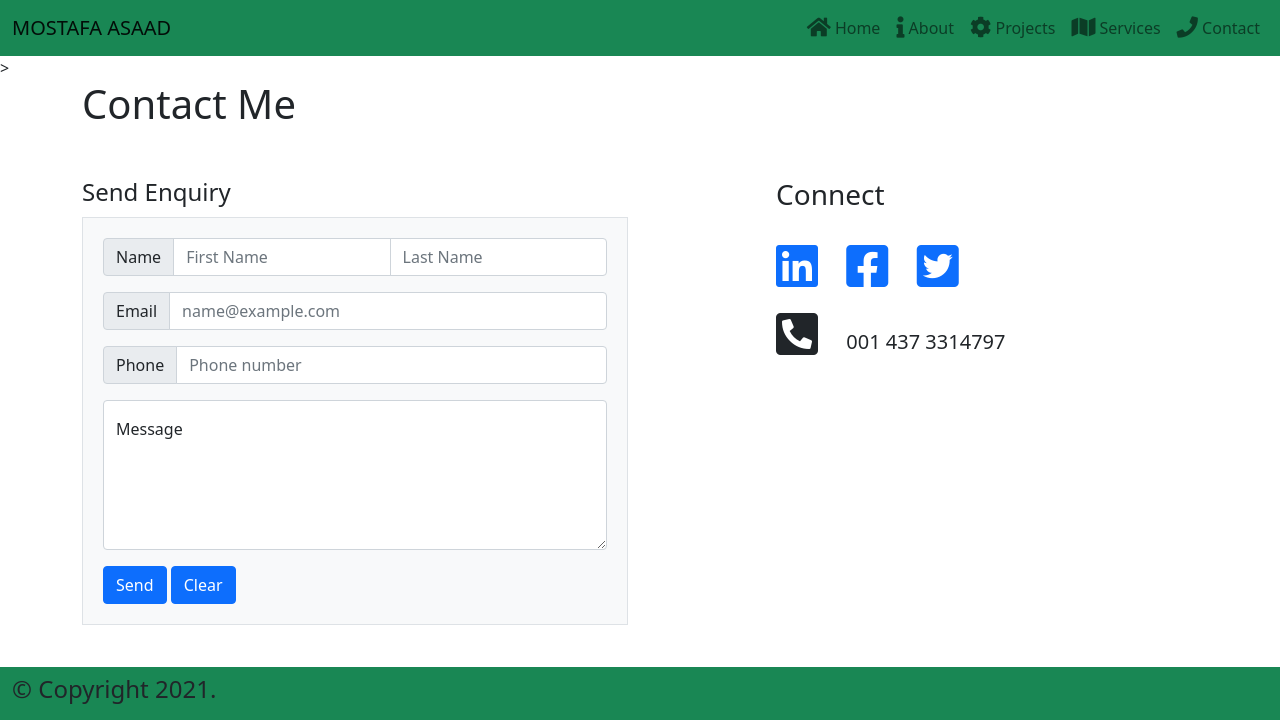
Repository: Mostafa-Asaad/Portfolio
Page: http://localhost/contact
These files come from the project's save history. The page is drawn as it stood at one moment and after the next save; the edit follows.
The browser window is 1280 px wide. The pictures show the whole page.
The page is served by the project's Node server (index.js).

Above is the page before, as saved 2021-06-04 17:13:20.

After the next save:
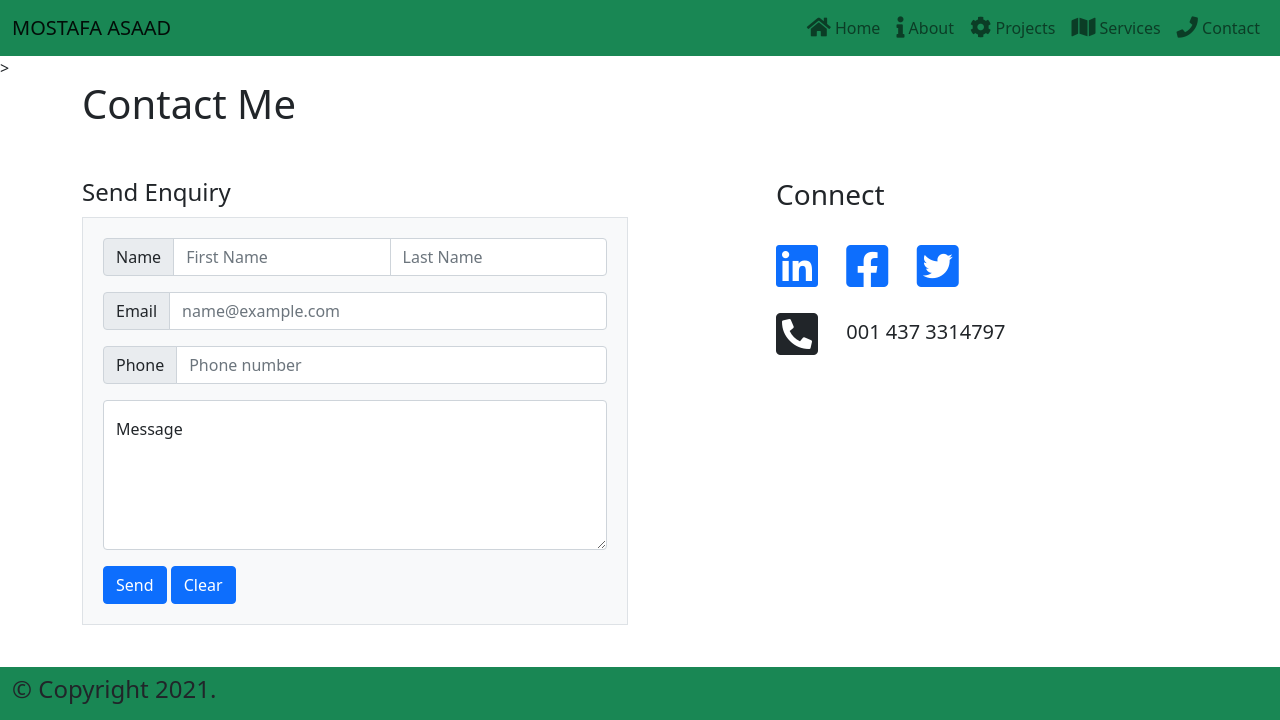
Saved 5 s later.
--- a/Server/Views/content/contact.ejs
+++ b/Server/Views/content/contact.ejs
@@ -63,7 +63,7 @@
             <div class="col-2 margin-bottom:30px">
               <i class="fas fa-phone-square-alt fa-3x"></i>
             </div>
-            <div class="col-6" style= "margin-top:20px;">
+            <div class="col-6" style= "margin-top:10px;">
               <h5>001 437 3314797</h5>
             </div>
           </div>
